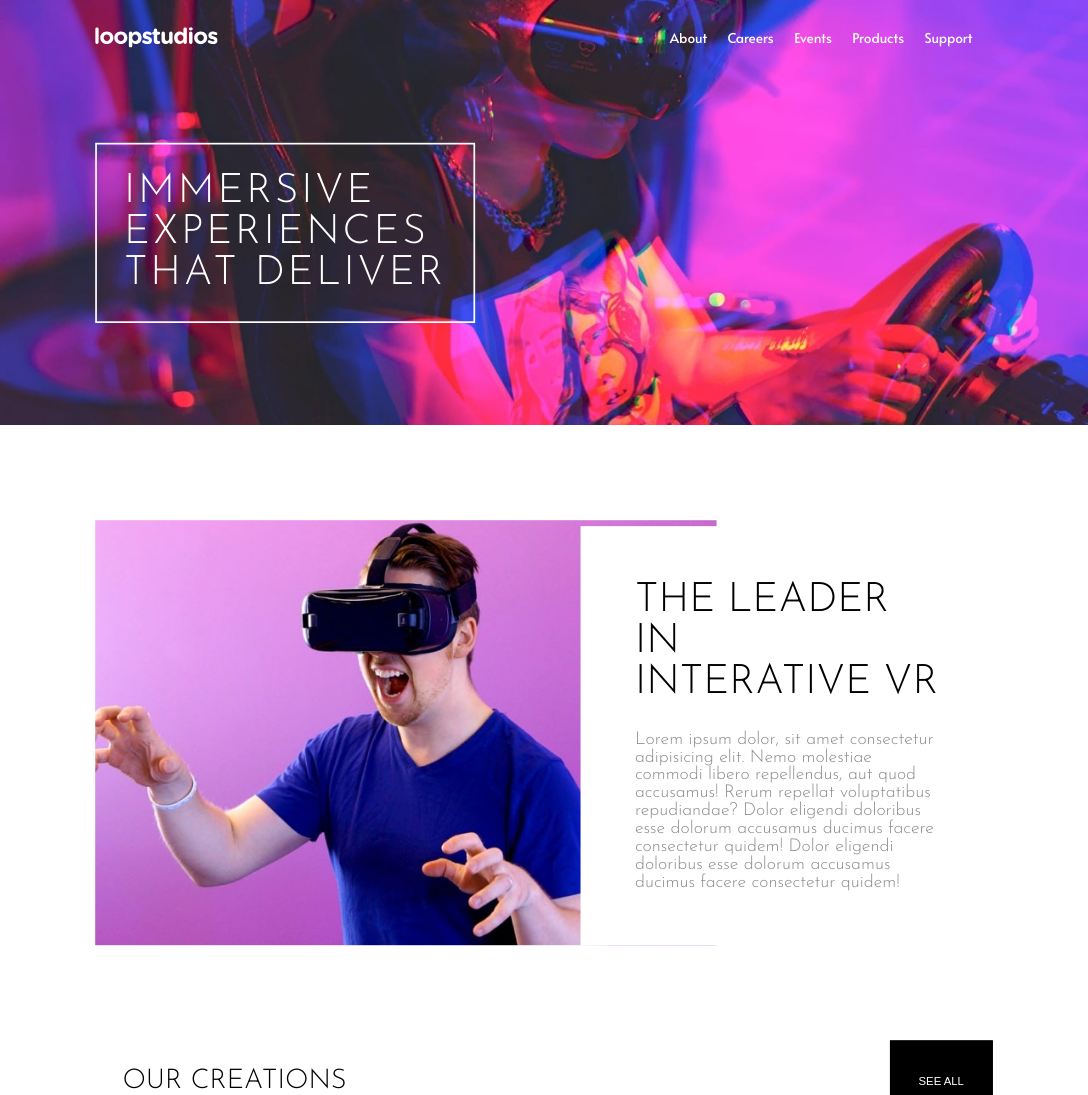
Repository: gligor99/loopstudios-fm
Page: /
An editor plug-in stored every save of this project. The page is shown before and after the next save, followed by the edit.
The browser window is 1280 px wide. The pictures show the part of the page from y = 0 to 1288 px (the page is 2352 px tall before and 2288 px after), at 85% of full size.
Pictures or frames that could not be fetched are drawn as grey boxes. Backgrounds fixed to the window are drawn as part of the page. The project was rebuilt for these pictures with package versions that can differ from the ones it lists, and the page was loaded fresh each time.

Above is the page before, as saved 2021-11-28 17:15:47.

### src/index.css
@import url('https://fonts.googleapis.com/css2?family=Alata&family=Josefin+Sans:wght@300&display=swap');

:root {
  --clr-white: hsl(0, 0%, 100%);
  --clr-black: hsl(0, 0%, 0%);
  --clr-dark-gray: hsl(0, 0%, 55%);
  --clr-very-dark-gray: hsl(0, 0%, 41%)
}

*,
::after,
::before {
  margin: 0;
  padding: 0;
  box-sizing: border-box;
}

body {
  font-family: "Alata", sans-serif;
  background: var(--clr-light-grayish-cyan);
  color: var(--clr-grey-1);
  font-size: 1rem;
}

### src/App.jsx
import About from "./components/About/About";
import Creations from "./components/Creations/Creations";
import Hero from "./components/Hero/Hero";


function App() {
  return (
    <div className="App">
      <Hero />
      <About />
      <Creations />
    </div>
  );
}

export default App;

### src/components/About/About.jsx
import "./about.css";
import image from "../../assets/desktop/image-interactive.jpg";

const About = () => {
  return (
    <div className="about-container">
      <img className="image-interactive" src={image} alt="interactive.jpg" />
      <div className="about-content">
        <h1 className="about-title">The leader in <br />interative VR</h1>
        <p className="about-p">
          Lorem ipsum dolor, sit amet consectetur adipisicing elit. Nemo
          molestiae commodi libero repellendus, aut quod accusamus! Rerum
          repellat voluptatibus repudiandae? Dolor eligendi doloribus esse
          dolorum accusamus ducimus facere consectetur quidem! Dolor eligendi doloribus esse
          dolorum accusamus ducimus facere consectetur quidem!
        </p>
      </div>
    </div>
  );
};

export default About;

### src/components/Creations/Creations.jsx
import './creations.css'
import data from '../../data'
import Card from '../Card/Card';

const Creations = () => {
  return <div className="creation-container">
      <div className="creation-header">
          <h1 className="creation-title">
              Our Creations
          </h1>
          <button className="creation-btn">
              See All
          </button>
      </div>
      <div className="creation-cards">
          {data.map((item) => {
              return <Card key={item.id} item={item} />
          })}
      </div>
  </div>;
};

export default Creations;

### src/components/Hero/Hero.jsx
import React from "react";
import Navbar from "../Navbar/Navbar";
import "./hero.css";

const Hero = () => {
  return (
    <div className="container">
      <Navbar />
      <div className="container-content">
        <h1 className="title">
          Immersive <br /> experiences <br />
          that deliver
        </h1>
      </div>
    </div>
  );
};

export default Hero;

### src/components/About/about.css
.about-container {
  display: flex;
  justify-content: center;
  align-items: flex-end;
  margin: auto;
  padding: 7rem;
}

.image-interactive {
  height: 80%;
  z-index: -1;
}
.about-content {
  background-color: var(--clr-white);
  z-index: 1;
  height: 80%;
  padding: 4rem;
  margin-left: -10rem;
}

.about-title {
  font-family: "Josefin Sans", sans-serif;
  font-weight: 100;
  font-size: 3rem;
  text-transform: uppercase;
}

.about-p {
  color: var(--clr-dark-gray);
  font-family: "Josefin Sans", sans-serif;
  font-size: 1.3rem;
  padding-top: 2rem;
}

### src/components/Creations/creations.css
.creation-header {
  display: flex;
  flex-direction: row;
  justify-content: space-between;
  padding-left: 7rem;
  padding-right: 7rem;
  padding-bottom: 2rem;
}

.creation-title {
  font-family: "Josefin Sans", sans-serif;
  text-transform: uppercase;
  font-weight: 100;
  padding: 2rem;
}

.creation-btn {
  border: none;
  background-color: var(--clr-black);
  border: 2px solid black;
  color: var(--clr-white);
  text-transform: uppercase;
  padding: 0 2rem 0 2rem;
  cursor: pointer;
  transition: 0.2s ease-in;
}
.creation-btn:hover {
  background-color: var(--clr-white);
  color: var(--clr-black);
  border: 2px solid black;
}

.creation-cards {
  padding: 0 7rem 0 7rem;
  display: flex;
  justify-content: space-between;
  flex-wrap: wrap;
  width: 100%;
}

### src/data.js
const data = [
  {
    id: 1,
    title: "Deep Earth",
    img: "https://i.ibb.co/mtd0XJx/image-deep-earth.jpg",
  },
  {
    id: 2,
    title: "Night  Arcade",
    img: "https://i.ibb.co/5Wcqskt/image-night-arcade.jpg",
  },
  {
    id: 3,
    title: "Soccer Team VR",
    img: "https://i.ibb.co/fFDbQDR/image-soccer-team.jpg",
  },
  {
    id: 4,
    title: "The Grid",
    img: "https://i.ibb.co/r59dNbs/image-grid.jpg",
  },
  {
    id: 5,
    title: "From up Above VR",
    img: "https://i.ibb.co/PYK37pW/image-from-above.jpg",
  },
  {
    id: 6,
    title: "Pocket Borealis",
    img: "https://i.ibb.co/9hsnGFt/image-pocket-borealis.jpg",
  },
  {
    id: 7,
    title: "The curiosity",
    img: "https://i.ibb.co/fQZHkXQ/image-curiosity.jpg",
  },
  {
    id: 8,
    title: "Make it fisheye",
    img: "https://i.ibb.co/D506TGt/image-fisheye.jpg",
  },
];

export default data;

### src/components/Card/Card.jsx
import "./card.css";

const Card = ({ item }) => {
  return (
    <div
      className="card-container"
      style={{
        backgroundImage: `url(${item.img})`,
        backgroundRepeat: "no-repeat",
        height: '500px',
        width: '21%'
      }}
    >
      <h4 className="card-title">{item.title}</h4>
    </div>
  );
};

export default Card;

### src/components/Navbar/Navbar.jsx
import logo from "../../assets/logo.svg";
import "./navbar.css";

const Navbar = () => {
  return (
    <div className="wrapper">
      <img src={logo} alt="logo.svg" />
      <ul>
        <li>
          <a href="/about">About</a>
        </li>
        <li>
          <a href="/careers">Careers</a>
        </li>
        <li>
          <a href="/events">Events</a>
        </li>
        <li>
          <a href="/products">Products</a>
        </li>
        <li>
          <a href="/support">Support</a>
        </li>
      </ul>
    </div>
  );
};

export default Navbar;

### src/components/Hero/hero.css
.container {
    background: url('../../assets/desktop/image-hero.jpg');
    background-repeat: no-repeat;
    background-attachment: fixed;
    background-size: cover;
    height: 500px;
}
.container-content {
    display: flex;
    margin-top: 5rem;
    margin-left: 7rem;
}

.title {
    border: 2px solid var(--clr-white);
    padding: 2rem;
    text-transform: uppercase;
    font-family: 'Josefin Sans' , sans-serif;
    font-size: 3rem;
    font-weight: 100;
    letter-spacing: 0.2rem;
    color: white;
}

### src/components/Card/card.css
.card-title {
  text-transform: uppercase;
  bottom: 0;
  font-family: "Josefin Sans", sans-serif;
  font-weight: 100;
  color: var(--clr-black);
  padding: 2rem;
}

### src/components/Navbar/navbar.css
.wrapper {
  display: flex;
  flex-direction: row;
  justify-content: space-between;
  align-items: center;
  margin: auto;
  padding: 2rem 7rem 2rem 7rem;
  background-color: transparent;
}
img {
  height: 1.5rem;
}
ul {
  display: flex;
  flex-wrap: nowrap;
  justify-content: space-evenly;
}
li {
  list-style-type: none;
  padding-right: 1.5rem;
}
a {
  position: relative;
  display: inline-block;
  text-decoration: none;
  color: var(--clr-white);
}
a:after {
  content: "";
  position: absolute;
  left: 0;
  top: 100%;
  width: 0;
  height: 1.8px;
  background-color: var(--clr-white);
  transition: width 0.2s ease-in-out;
}
a:hover:after {
  width: 100%;
}

Loaded but not shown: public/index.html (common file); src/index.jsx (common file)

After the next save:
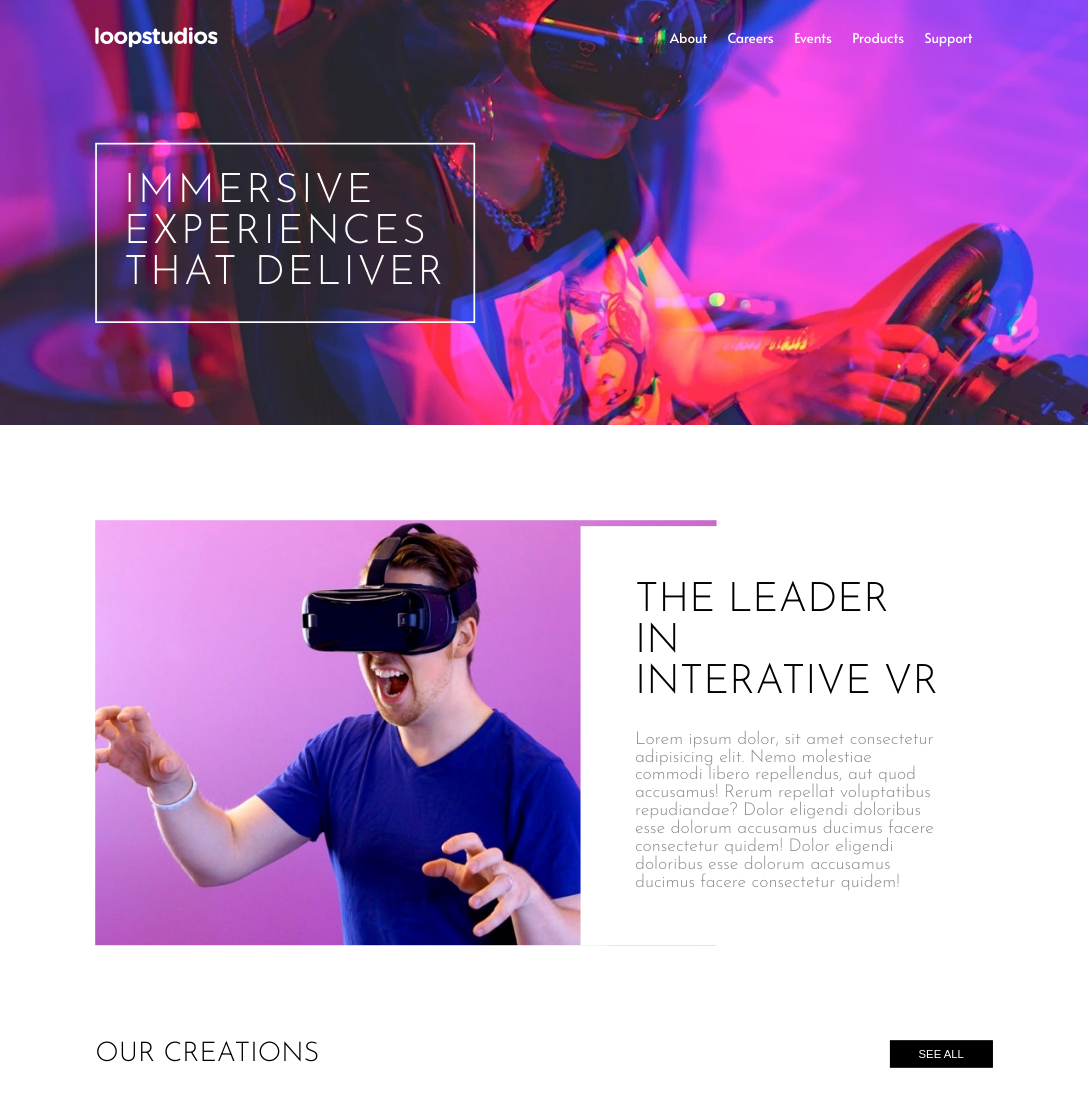
Saved 58 s later.
--- a/src/components/Creations/creations.css
+++ b/src/components/Creations/creations.css
@@ -11,7 +11,6 @@
   font-family: "Josefin Sans", sans-serif;
   text-transform: uppercase;
   font-weight: 100;
-  padding: 2rem;
 }
 
 .creation-btn {
